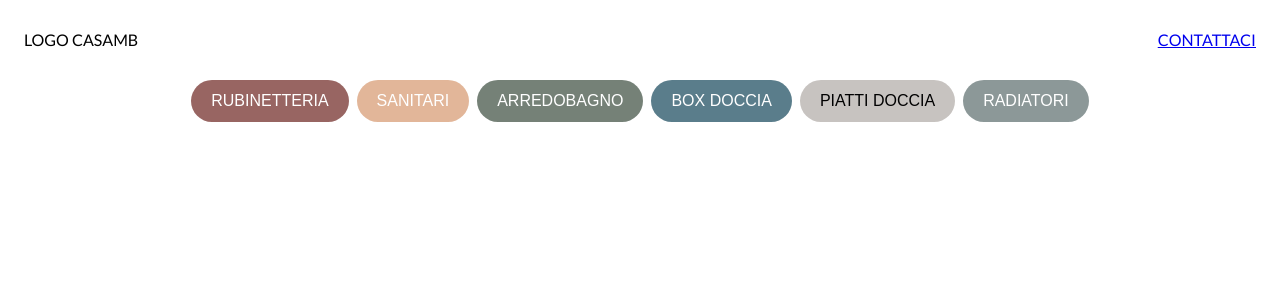
Repository: nicolorz/casamb
Page: /
The author's editor kept a copy of each file at every save. The page is drawn from the files as they stood at one save, then again after the next save.
The browser window is 1280 px wide. The pictures show the whole page.
The project was rebuilt for these pictures with package versions that can differ from the ones it lists, and the page was loaded fresh each time. Also part of the build but not shown: src/index.css, src/App.css.

Above is the page before, as saved 2023-07-18 18:49:08.

### src/index.js
import React from 'react';
import ReactDOM from 'react-dom/client';
import './index.css';
import './assets/css/reset.css'
import './assets/css/style.css'
import App from './App';
import reportWebVitals from './reportWebVitals';

const root = ReactDOM.createRoot(document.getElementById('root'));
root.render(
  <React.StrictMode>
    <App />
  </React.StrictMode>
);

// If you want to start measuring performance in your app, pass a function
// to log results (for example: reportWebVitals(console.log))
// or send to an analytics endpoint. Learn more: https://bit.ly/CRA-vitals
reportWebVitals();

### src/assets/css/style.css
@import url('https://fonts.googleapis.com/css2?family=Lato:ital,wght@0,300;0,400;0,700;1,300;1,400;1,700&display=swap');

html, body {
  margin: 0;
  padding: 0;
  font-size: 16px;
  font-family: 'Lato', sans-serif;
}

.main-wrapper {
  width: 100vw;
  height: 100vh;
  background-color: #fff;
/*   display: flex;
  flex-flow: row nowrap; */
}

/* .sidebar {
  flex: 1;
  background-color: #f6f6f6;
  display: flex;
  flex-flow: column nowrap;
}

.card-wrapper {
  flex: 4;
  padding: 1rem;
  box-sizing: border-box;
  background-color: #EFF8FF;
  border: 1px solid #62A1FF;
  display: flex;
  flex-flow: row nowrap;
  align-items: flex-start;
  gap: 1rem;
}

.footer, .area-buttons {
  width: 100%;
  padding: 1rem;
  box-sizing: border-box;
  background-color: #EFF8FF;
  border: 1px solid #62A1FF;
}

.foooter {
  flex: 0 1 auto;
}

.area-buttons {
  flex: 1 0 auto;
}

.area-buttons {
  display: flex;
  flex-flow: column nowrap;
  gap: 0.5rem;
}

.area-buttons > button {
  align-self: flex-start;
}

.card {
  flex: 0 1 33%;
  padding: 1rem;
  background-color: #62A1FF;
  /* align-self: flex-start;
}

.card > img {
  width: 100%;
} */

### src/App.js
import logo from './logo.svg';
import './App.css';
import  {Header} from './components/HeaderWrapper/HeaderWrapper';

function App() {

  return (
    <div className="main-wrapper">
      <Header />
    </div>
  );
}

export default App;

### src/components/HeaderWrapper/HeaderWrapper.js
import './Header.css'
import { HeaderBottom } from './HeaderBottom'
import { HeaderTop } from './HeaderTop'

export const Header = () => {
    return <div className="header">
        <HeaderTop />
        <HeaderBottom />
    </div>
}

### src/components/HeaderWrapper/Header.css
.header {
    width: 100%;
    padding: 0 24px;
    box-sizing: border-box;
    position: fixed;
    top: 0;
    left: 0;
}

.header-top {
    width: 100%;
    display: flex;
    flex-flow: row nowrap;
    justify-content: space-between;
    align-items: center;
}

.header-top_logo {
    padding: 2rem 0;
}

.header-bottom {
    width: 100%;
    display: flex;
    flex-flow: column nowrap;
    align-items: center;
}

.sorting-area {
    max-width: 900px;
    display: flex;
    flex-flow: row wrap;
    justify-content: center;
    gap: 0.5rem;
}

### src/components/HeaderWrapper/HeaderBottom.js
import { SortingBtn } from "../SortingBtn/Sortingbtn"

const sortingButtons = [
    {
        tag: 'rubinetteria',
        label: 'rubinetteria',
        backgroundColor: '#986562',
        color: true
    },
    {
        tag: 'sanitari',
        label: 'sanitari',
        backgroundColor: '#E2B699',
        color: true
    },
    {
        tag: 'arredobagno',
        label: 'arredobagno',
        backgroundColor: '#758177',
        color: true
    },
    {
        tag: 'boxdoccia',
        label: 'box doccia',
        backgroundColor: '#5A7D8B',
        color: true
    },
    {
        tag: 'piattidoccia',
        label: 'piatti doccia',
        backgroundColor: '#C7C3C0',
        color: false,
        textColor: '#000'
    },
    {
        tag: 'radiatori',
        label: 'radiatori',
        backgroundColor: '#8C9898',
        color: true
    },
];

export const HeaderBottom = () => {
    return (
        <div className="header-bottom">
            <div className="sorting-area">
                {sortingButtons.map((el) => {
                    return (
                        <SortingBtn key={el.tag} button={el} />
                    )
                })}
            </div>
        </div>
    )
}

### src/components/HeaderWrapper/HeaderTop.js
export const HeaderTop = () => {
    return <div className="header-top">
        <div className="header-top_logo">LOGO CASAMB</div>
        <a href="*" target="_self">CONTATTACI</a>
    </div>
}

### src/components/SortingBtn/Sortingbtn.js
import './Sortingbtn.css'

export const SortingBtn = ({button}) => {
    return <button
        className="sorting-btn"
        style={{
            backgroundColor: button.backgroundColor,
            color: button.color ? '#fff' : button.textColor
        }}
        >
            {button.label.toUpperCase()}
        </button>
};

### src/components/SortingBtn/Sortingbtn.css
.sorting-btn {
    background-color: #62A1FF;
    color: #fff;
    padding: 12px 20px;
    border: none;
    border-radius: 50px;
    -webkit-border-radius: 50px;
    -moz-border-radius: 50px;
    -ms-border-radius: 50px;
    -o-border-radius: 50px;
    font-size: 16px;
    cursor: pointer;
    transition: all 0.3s;
    -webkit-transition: all 0.3s;
    -moz-transition: all 0.3s;
    -ms-transition: all 0.3s;
    -o-transition: all 0.3s;
}

.sorting-btn:hover {
    background-color: #4B84DA;
}

Loaded but not shown: public/index.html (common file); src/assets/css/reset.css (common file); src/reportWebVitals.js (common file)

After the next save:
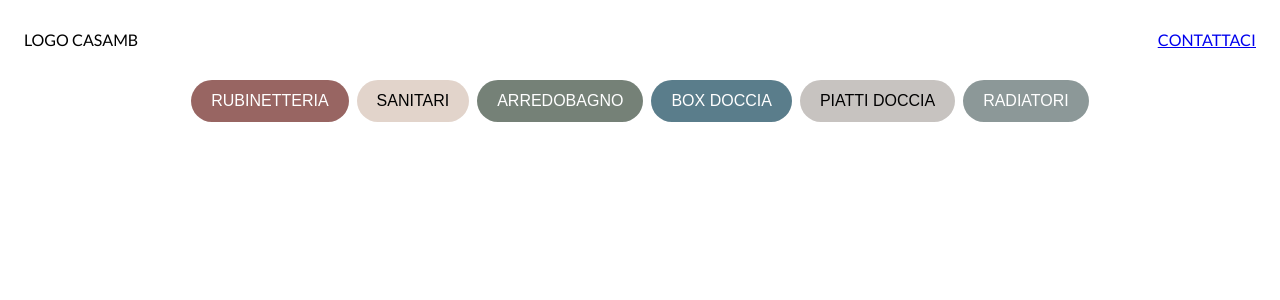
Saved 39 s later.
--- a/src/components/HeaderWrapper/HeaderBottom.js
+++ b/src/components/HeaderWrapper/HeaderBottom.js
@@ -10,8 +10,9 @@ const sortingButtons = [
     {
         tag: 'sanitari',
         label: 'sanitari',
-        backgroundColor: '#E2B699',
-        color: true
+        backgroundColor: '#E2D4CB',
+        color: false,
+        textColor: '#000'
     },
     {
         tag: 'arredobagno',
